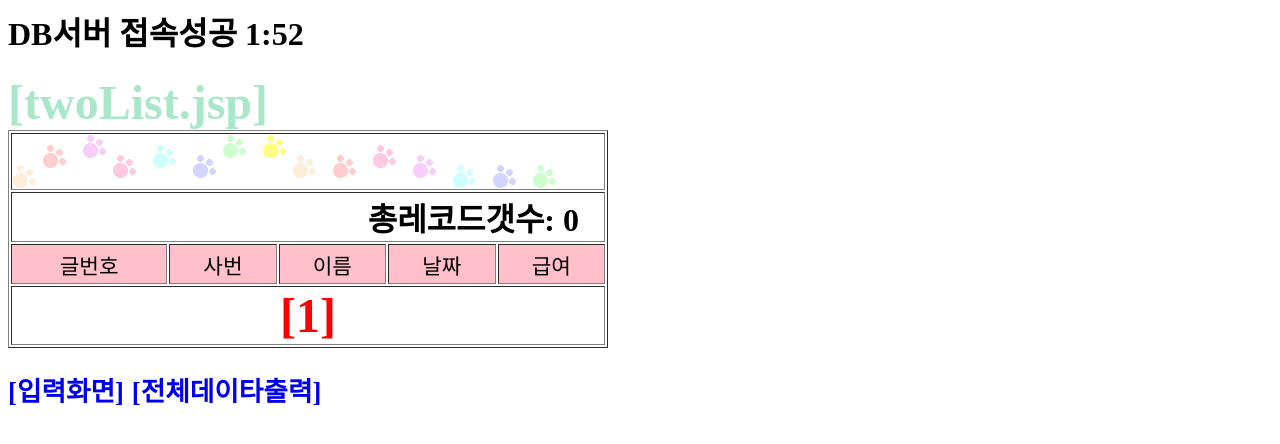
Repository: sorakazae/ITBANK_JSP_101
Page: http://localhost/Web0517/twoList.jsp
The author's editor kept a copy of each file at every save. The page is drawn from the files as they stood at one save, then again after the next save.
The browser window is 1280 px wide. The pictures show the whole page.
The page is served by Tomcat 9. Queries for data that is not in the repository find no rows.

Above is the page before, as saved 2014-06-01 04:33:34.

After the next save:
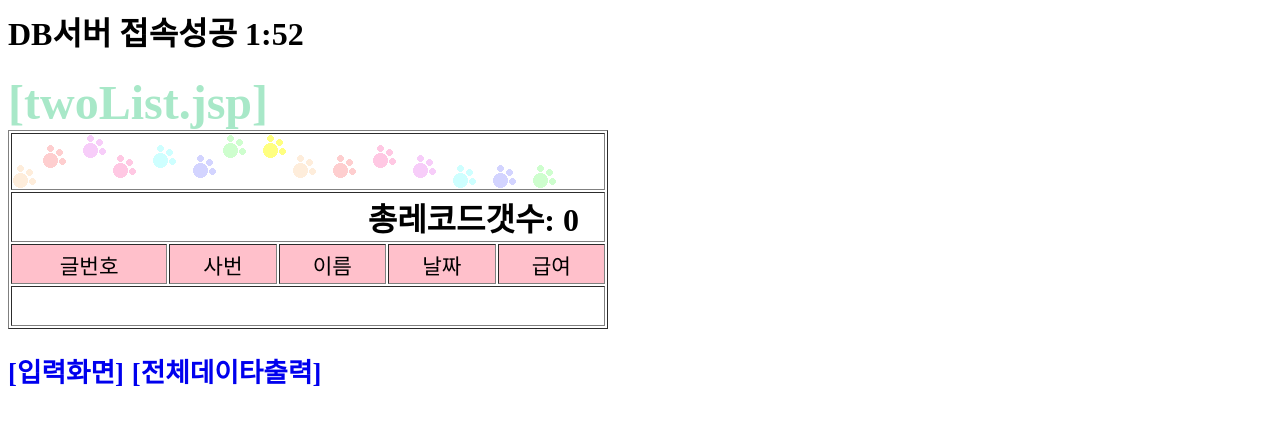
Saved 4 min 15 s later.
--- a/day8/my/Web0517/WebContent/twoList.jsp
+++ b/day8/my/Web0517/WebContent/twoList.jsp
@@ -127,12 +127,7 @@
   		<font size=6> <b>
  <%
   for(int i=startPage; i<(startPage+10);i++){ //[41]~[46]~[50]
-	if(i==pageNUM) {
-		out.println("<font size=7 color=red><b>["+i+"]</b></font>");
-		} // [45] 선택시
-	else{
-		out.println("<a href='twoList.jsp?pageNUM="+i+"'>["+i+"]</a>");
-	}
+
     if(i>=pageCount)break; // 총레코드 total=74개데이타 [1]~~[8]~~[10]
   }//for end
 

After the save that followed:
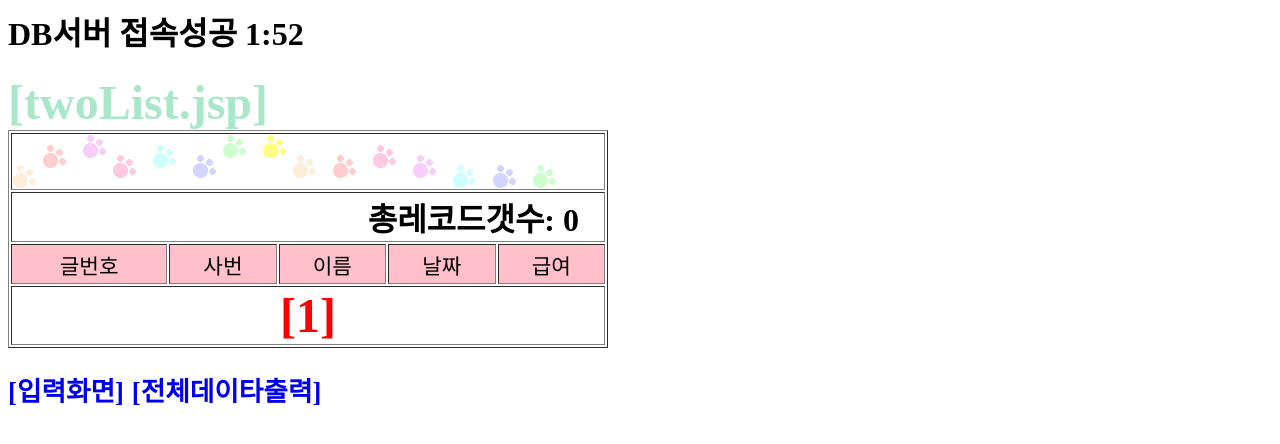
Saved 2 min 35 s later.
--- a/day8/my/Web0517/WebContent/twoList.jsp
+++ b/day8/my/Web0517/WebContent/twoList.jsp
@@ -127,7 +127,12 @@
   		<font size=6> <b>
  <%
   for(int i=startPage; i<(startPage+10);i++){ //[41]~[46]~[50]
-
+	  if(i==pageNUM) {
+			out.println("<font size=7 color=red><b>["+i+"]</b></font>");
+			} // [45] 선택시
+		else{
+			out.println("<a href='twoList.jsp?pageNUM="+i+"'>["+i+"]</a>");
+		}
     if(i>=pageCount)break; // 총레코드 total=74개데이타 [1]~~[8]~~[10]
   }//for end
 
